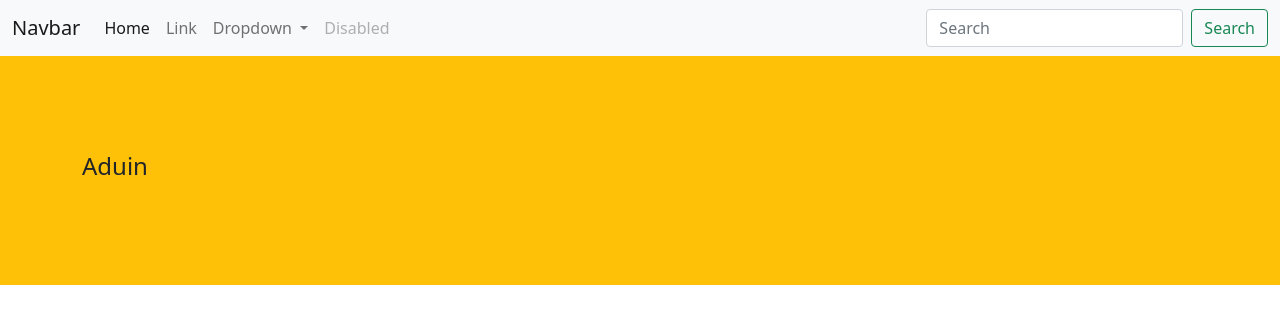
Repository: khulqu15/pengaduan2
Page: http://localhost/
These files come from the project's save history. The page is drawn as it stood at one moment and after the next save; the edit follows.
The browser window is 1280 px wide. The pictures show the whole page.
The page is served by the project's Laravel application, run on PHP 8.4 with Laravel 8. Other server files are loaded and not shown.

Above is the page before, as saved 2021-02-23 20:26:17.

### routes/web.php
<?php

use App\Http\Controllers\UserController;
use Illuminate\Support\Facades\Route;

/*
|--------------------------------------------------------------------------
| Web Routes
|--------------------------------------------------------------------------
|
| Here is where you can register web routes for your application. These
| routes are loaded by the RouteServiceProvider within a group which
| contains the "web" middleware group. Now create something great!
|
*/

Route::get('/', function () {
    return view('welcome');
});

Route::get('login', [UserController::class, 'loginGet'])->name('loginView');
Route::post('login', [UserController::class, 'loginPost'])->name('loginLogic');
Route::get('register', [UserController::class, 'registerGet'])->name('registerView');
Route::post('register', [UserController::class, 'registerPost'])->name('registerLogic');

### resources/views/welcome.blade.php
@extends('layout.app')

@section('title', 'Home')

@section('content')
    <div class="container-fluid bg-warning py-5">
        <div class="container">
            <div class="row py-5">
                <div class="col-md-6">
                    <h4>Aduin</h4>
                </div>
            </div>
        </div>
    </div>
@endsection

### resources/views/layout/app.blade.php
<!DOCTYPE html>
<html lang="en">
<head>
    <meta charset="UTF-8">
    <meta name="viewport" content="width=device-width, initial-scale=1.0">
    <meta http-equiv="X-UA-Compatible" content="ie=edge">
    <title>Pengaduan | @yield('title')</title>

    <link rel="stylesheet" href="{{ asset('css/bootstrap.min.css') }}">
    <link rel="stylesheet" href="{{ asset('css/all.min.css') }}">
    <link rel="stylesheet" href="{{ asset('css/fontawesome.min.css') }}">

    <script src="{{ asset('js/jquery-3.5.1.min.js') }}"></script>
    <script src="{{ asset('js/bootstrap.min.js') }}"></script>
    <script src="{{ asset('js/all.min.js') }}"></script>
    <script src="{{ asset('js/fontawesome.min.js') }}"></script>

    @yield('assets')

</head>
<body>
    <nav class="navbar navbar-expand-lg navbar-light bg-light">
        <div class="container-fluid">
          <a class="navbar-brand" href="#">Navbar</a>
          <button class="navbar-toggler" type="button" data-bs-toggle="collapse" data-bs-target="#navbarSupportedContent" aria-controls="navbarSupportedContent" aria-expanded="false" aria-label="Toggle navigation">
            <span class="navbar-toggler-icon"></span>
          </button>
          <div class="collapse navbar-collapse" id="navbarSupportedContent">
            <ul class="navbar-nav me-auto mb-2 mb-lg-0">
              <li class="nav-item">
                <a class="nav-link active" aria-current="page" href="#">Home</a>
              </li>
              <li class="nav-item">
                <a class="nav-link" href="#">Link</a>
              </li>
              <li class="nav-item dropdown">
                <a class="nav-link dropdown-toggle" href="#" id="navbarDropdown" role="button" data-bs-toggle="dropdown" aria-expanded="false">
                  Dropdown
                </a>
                <ul class="dropdown-menu" aria-labelledby="navbarDropdown">
                  <li><a class="dropdown-item" href="#">Action</a></li>
                  <li><a class="dropdown-item" href="#">Another action</a></li>
                  <li><hr class="dropdown-divider"></li>
                  <li><a class="dropdown-item" href="#">Something else here</a></li>
                </ul>
              </li>
              <li class="nav-item">
                <a class="nav-link disabled" href="#" tabindex="-1" aria-disabled="true">Disabled</a>
              </li>
            </ul>
            <form class="d-flex">
              <input class="form-control me-2" type="search" placeholder="Search" aria-label="Search">
              <button class="btn btn-outline-success" type="submit">Search</button>
            </form>
          </div>
        </div>
      </nav>

    @yield('content')
</body>
</html>

Loaded but not shown: public/css/bootstrap.min.css (library); public/css/all.min.css (library); public/css/fontawesome.min.css (library); public/js/jquery-3.5.1.min.js (library); public/js/bootstrap.min.js (library); public/js/fontawesome.min.js (library)

After the next save:
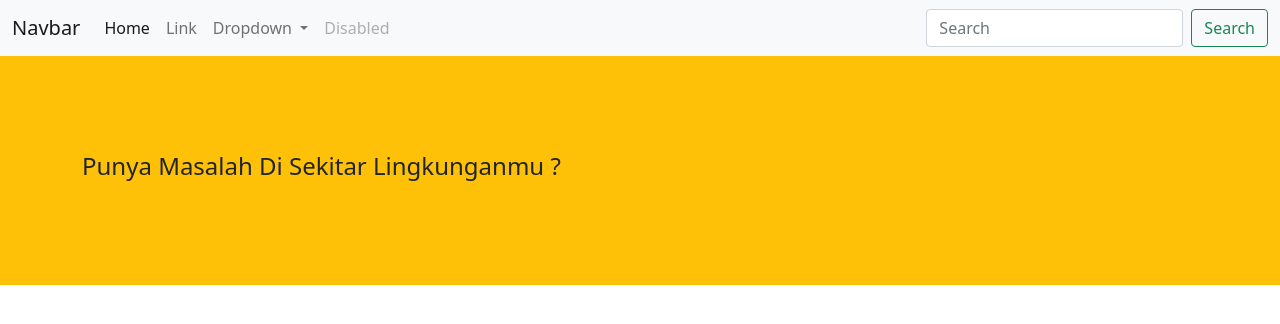
Saved 30 s later.
--- a/resources/views/welcome.blade.php
+++ b/resources/views/welcome.blade.php
@@ -7,7 +7,7 @@
         <div class="container">
             <div class="row py-5">
                 <div class="col-md-6">
-                    <h4>Aduin</h4>
+                    <h4>Punya Masalah Di Sekitar Lingkunganmu ?</h4>
                 </div>
             </div>
         </div>
